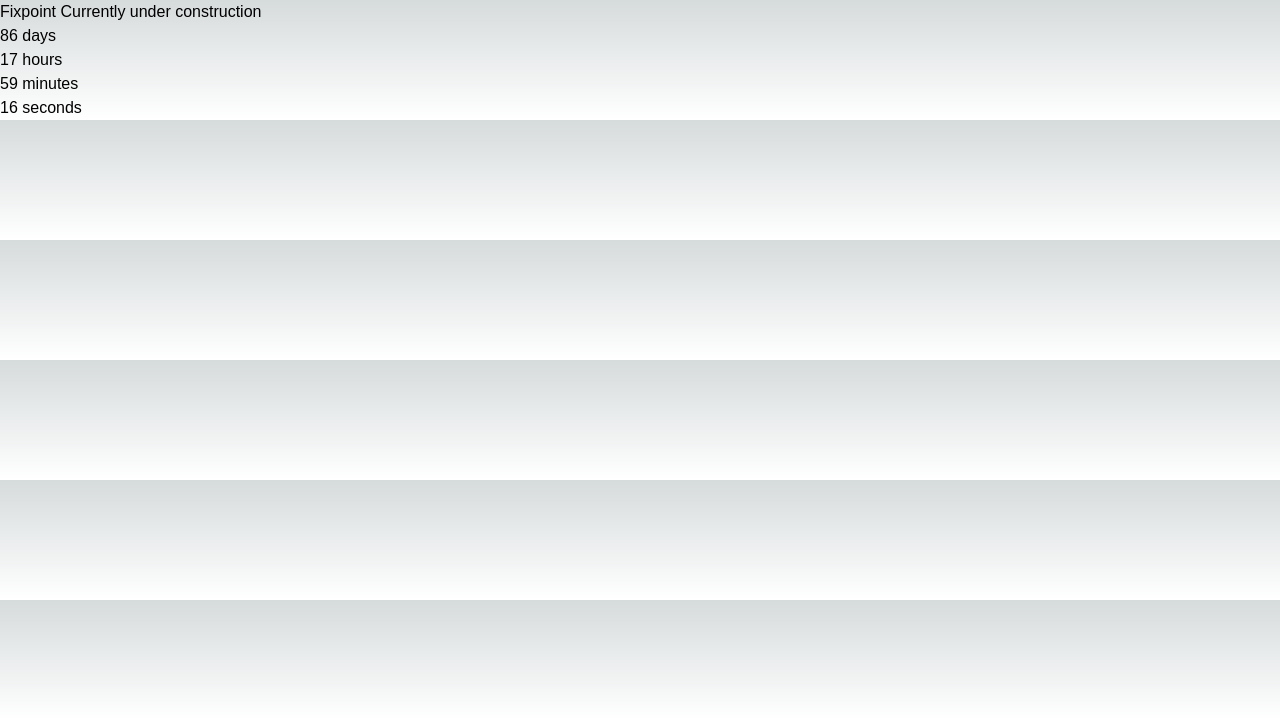
Repository: emorilebo/fixpoint_web
Page: /
These files come from the project's save history. The page is drawn as it stood at one moment and after the next save; the edit follows.
The browser window is 1280 px wide. The pictures show the whole page.
The project was rebuilt for these pictures with package versions that can differ from the ones it lists, and the page was loaded fresh each time. The framework's server and built-in components were replaced by stand-ins that run in the browser. Also part of the build but not shown: next.config.js.

Above is the page before, as saved 2023-09-15 20:06:17.

### src/pages/index.tsx
import Image from 'next/image';
import Countdown from '../../components/Countdown';

const HomePage: React.FC = () => {
  const targetDate = '2023-09-30T00:00:00';

  return (
    <div>

      <h1>Fixpoint Currently under construction</h1>
      <Countdown targetDate={targetDate} />
    </div>
  );
};

export default HomePage;

### src/styles/globals.css
@tailwind base;
@tailwind components;
@tailwind utilities;

body {
  font-family: sans-serif;
}

.countdown-timer {
  display: flex;
  justify-content: center;
  align-items: center;
  height: 100vh;
  background-color: #fff;
}

.countdown-timer__clock {
  font-size: 100px;
  font-weight: bold;
}

.countdown-timer__controls {
  margin-top: 50px;
}

.countdown-timer__controls button {
  padding: 10px 20px;
  background-color: #000;
  color: #fff;
  border: none;
  border-radius: 5px;
  cursor: pointer;
}


:root {
  --foreground-rgb: 0, 0, 0;
  --background-start-rgb: 214, 219, 220;
  --background-end-rgb: 255, 255, 255;
}

@media (prefers-color-scheme: dark) {
  :root {
    --foreground-rgb: 255, 255, 255;
    --background-start-rgb: 0, 0, 0;
    --background-end-rgb: 0, 0, 0;
  }
}

body {
  color: rgb(var(--foreground-rgb));
  background: linear-gradient(
      to bottom,
      transparent,
      rgb(var(--background-end-rgb))
    )
    rgb(var(--background-start-rgb));
}

### components/Countdown.tsx
import { useEffect, useState } from 'react';

interface CountdownProps {
  targetDate: string;
}

const Countdown: React.FC<CountdownProps> = ({ targetDate }) => {
  const [timeLeft, setTimeLeft] = useState<number>(0);

  useEffect(() => {
    const interval = setInterval(() => {
      const now = new Date().getTime();
      const distance = new Date(targetDate).getTime() - now;
      setTimeLeft(Math.max(0, distance));
    }, 1000);

    return () => clearInterval(interval);
  }, [targetDate]);

  const days = Math.floor(timeLeft / (1000 * 60 * 60 * 24));
  const hours = Math.floor((timeLeft % (1000 * 60 * 60 * 24)) / (1000 * 60 * 60));
  const minutes = Math.floor((timeLeft % (1000 * 60 * 60)) / (1000 * 60));
  const seconds = Math.floor((timeLeft % (1000 * 60)) / 1000);

  return (
    <div>
      <div>{days} days</div>
      <div>{hours} hours</div>
      <div>{minutes} minutes</div>
      <div>{seconds} seconds</div>
    </div>
  );
};

export default Countdown;

Loaded but not shown: src/pages/_app.tsx (common file); src/pages/_document.tsx (common file); tailwind.config.js (common file)

After the next save:
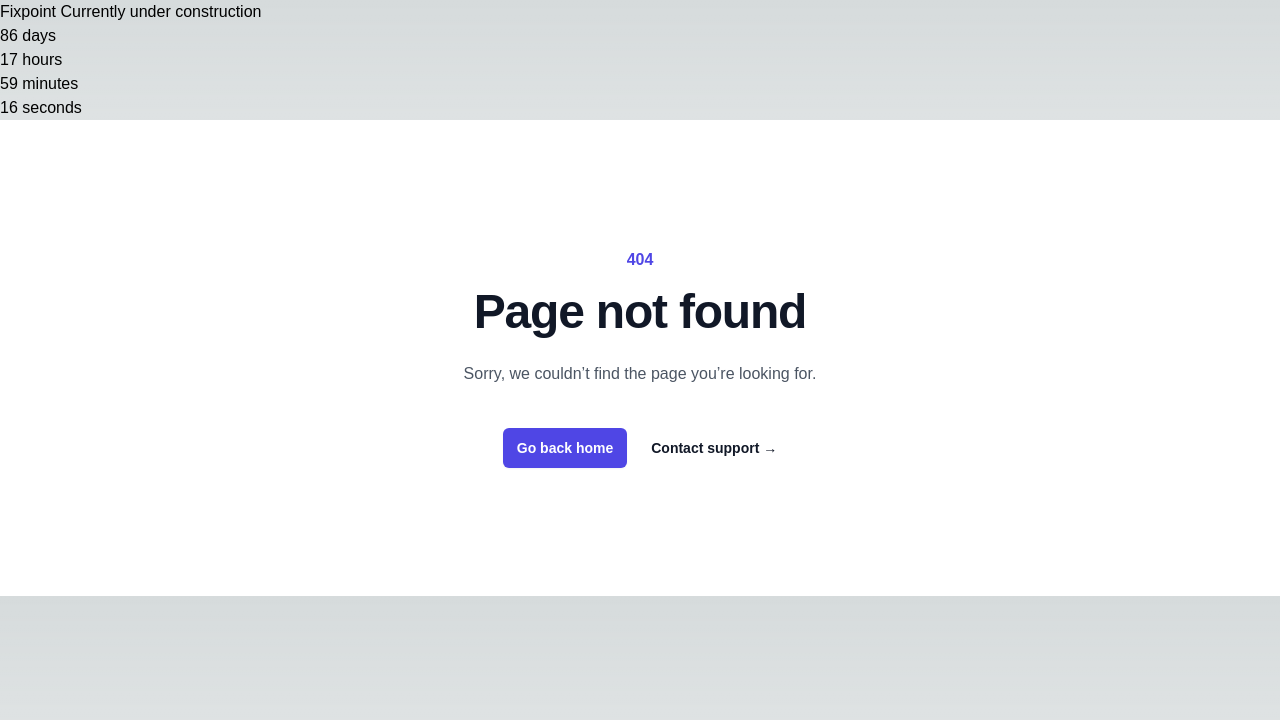
Saved 35 s later.
--- a/src/pages/index.tsx
+++ b/src/pages/index.tsx
@@ -9,6 +9,24 @@
 
       <h1>Fixpoint Currently under construction</h1>
       <Countdown targetDate={targetDate} />
+      <main className="grid min-h-full place-items-center bg-white px-6 py-24 sm:py-32 lg:px-8">
+        <div className="text-center">
+          <p className="text-base font-semibold text-indigo-600">404</p>
+          <h1 className="mt-4 text-3xl font-bold tracking-tight text-gray-900 sm:text-5xl">Page not found</h1>
+          <p className="mt-6 text-base leading-7 text-gray-600">Sorry, we couldn’t find the page you’re looking for.</p>
+          <div className="mt-10 flex items-center justify-center gap-x-6">
+            <a
+              href="#"
+              className="rounded-md bg-indigo-600 px-3.5 py-2.5 text-sm font-semibold text-white shadow-sm hover:bg-indigo-500 focus-visible:outline focus-visible:outline-2 focus-visible:outline-offset-2 focus-visible:outline-indigo-600"
+            >
+              Go back home
+            </a>
+            <a href="#" className="text-sm font-semibold text-gray-900">
+              Contact support <span aria-hidden="true">&rarr;</span>
+            </a>
+          </div>
+        </div>
+      </main>
     </div>
   );
 };
